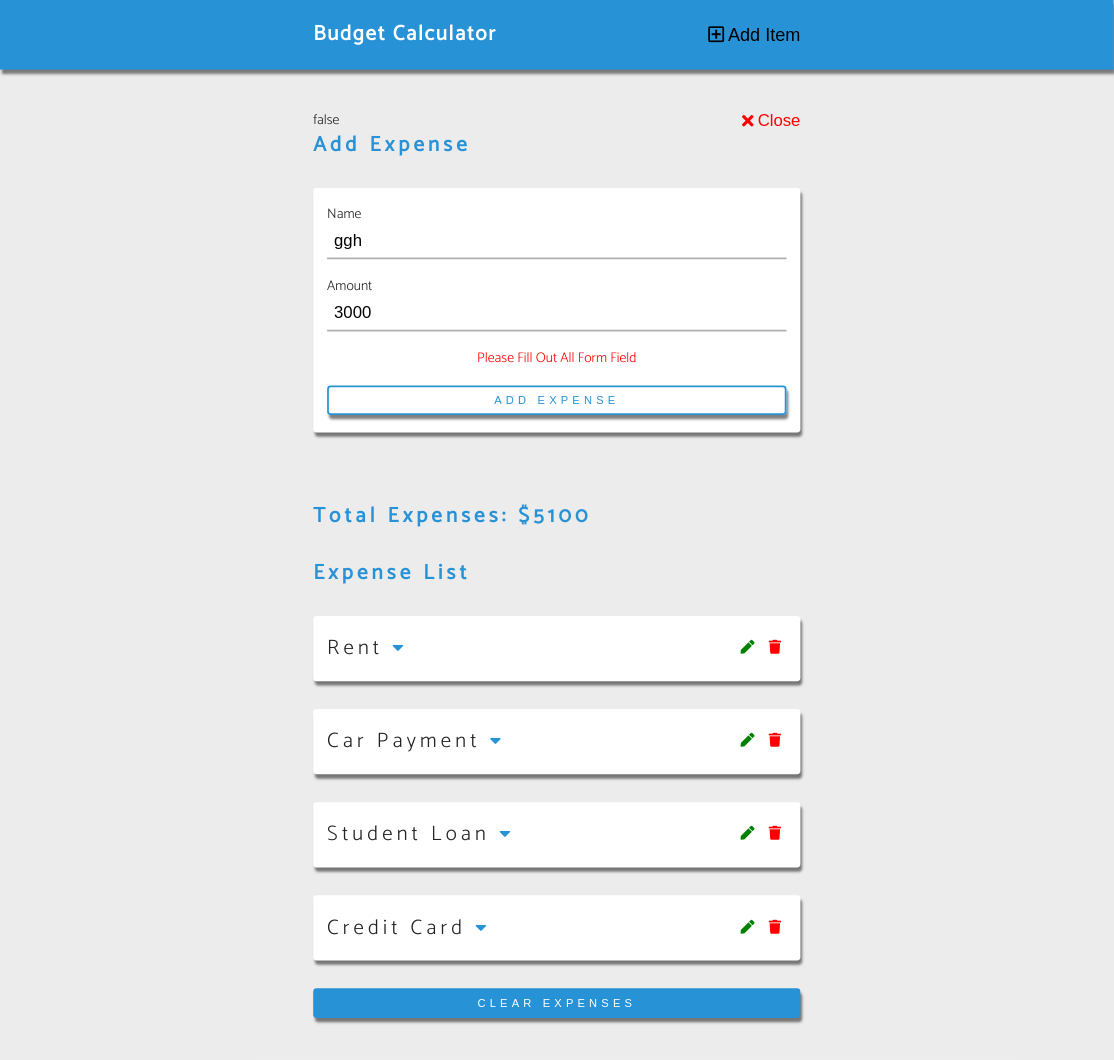
Repository: webdril/budget
Page: /
The author's editor kept a copy of each file at every save. The page is drawn from the files as they stood at one save, then again after the next save.
The browser window is 1280 px wide. The pictures show the whole page, at 87% of full size.
The project was rebuilt for these pictures with package versions that can differ from the ones it lists, and the page was loaded fresh each time.

Above is the page before, as saved 2020-03-14 00:00:38.

After the next save:
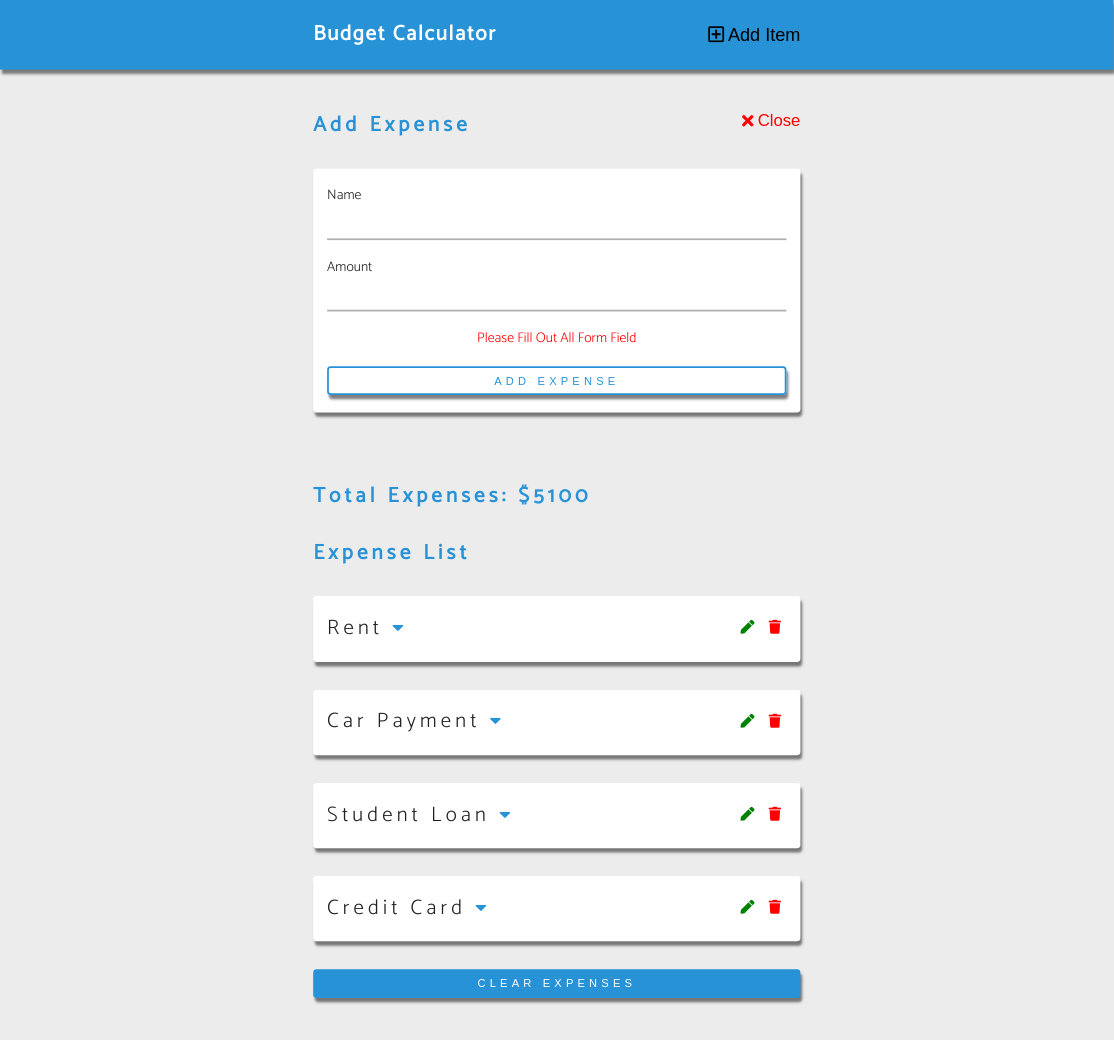
Saved 18 s later.
--- a/src/ExpenseForm.svelte
+++ b/src/ExpenseForm.svelte
@@ -1,14 +1,14 @@
 <script>
 import Title from './Title.svelte'
-let name = "ggh";
-let amount = 3000;
+let name = "";
+let amount = null;
 // $: console.log({name, amount}); for checking reactivity
 
 $: isEmpty = !name || !amount
 </script>
 
 <section class="form">
-{isEmpty}
+
     <Title title= "add expense" />
     <form class="expense-form">
         <div class="form-control">
